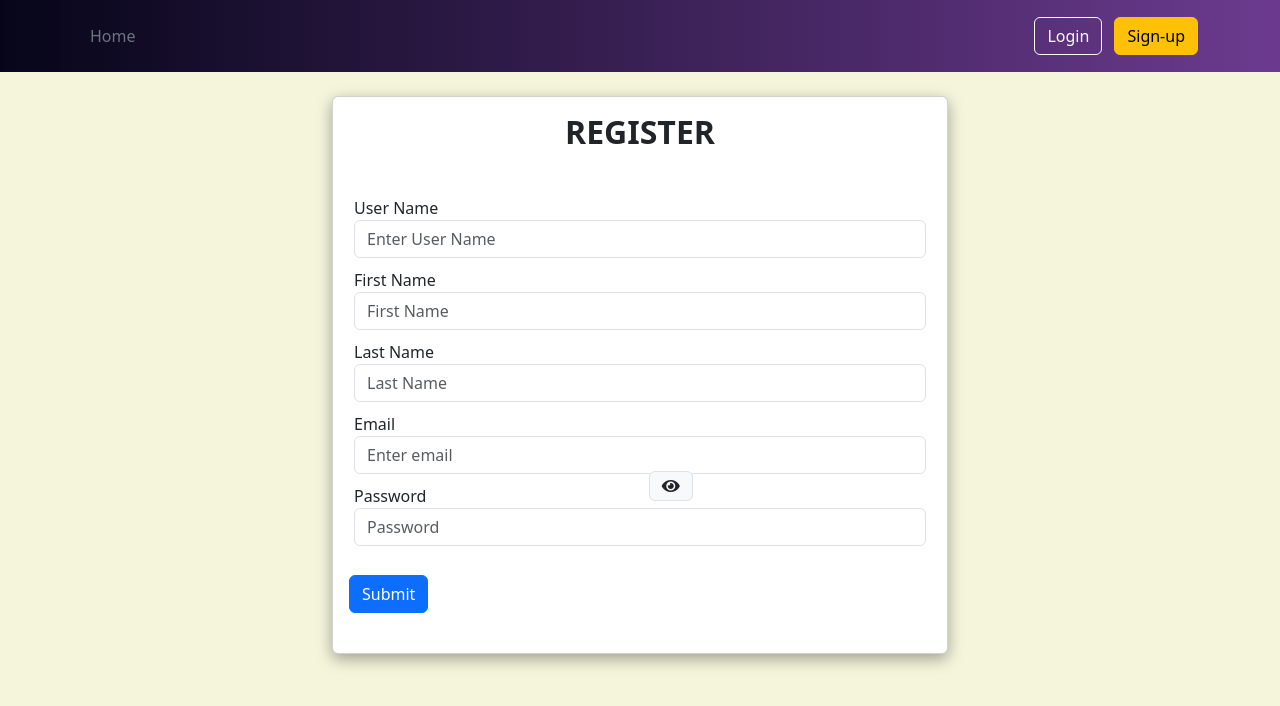
Repository: professorsourabh/php_membership
Page: http://localhost/assignment/
An editor plug-in stored every save of this project. The page is shown before and after the next save, followed by the edit.
The browser window is 1280 px wide. The pictures show the whole page.
Some web libraries are served in a nearby version. The page is run by PHP 8.4 with error messages shown; the project is at /var/www/html/.

Above is the page before, as saved 2023-07-09 15:35:44.

### index.php
<?php
session_start();
?>

<html lang="en">
<head>
    <meta charset="UTF-8">
    <meta name="viewport" content="width=device-width, initial-scale=1.0">
    <title>Assesment-Register</title>
    <link href="https://cdn.jsdelivr.net/npm/bootstrap@5.3.0/dist/css/bootstrap.min.css" rel="stylesheet" integrity="sha384-9ndCyUaIbzAi2FUVXJi0CjmCapSmO7SnpJef0486qhLnuZ2cdeRhO02iuK6FUUVM" crossorigin="anonymous">
    <link rel="stylesheet" href="https://cdnjs.cloudflare.com/ajax/libs/font-awesome/5.13.0/css/all.min.css">
    <link rel="stylesheet" href="index.css"></link>
</head>
<body>
    <header class="p-3 bg-dark text-white">
        <div class="container">
          <div class="d-flex flex-wrap align-items-center justify-content-center justify-content-lg-start">


            <ul class="nav col-12 col-lg-auto me-lg-auto mb-2 justify-content-center mb-md-0">
              <li><a href="#" class="nav-link px-2 text-secondary " >Home</a></li>

            </ul>

              <div class="text-end">
              <a type="button" class="btn btn-outline-light me-2" href="login.php">Login</a>
              <a type="button" class="btn btn-warning" href="index.php">Sign-up</a>
            </div>
          </div>
        </div>
      </header>
      <div class="container my-4 col-lg-6">
        <div class="card my-4" style="box-shadow: rgba(0, 0, 0, 0.35) 0px 5px 15px;">
            <div class="card-heading text-center my-3 mx-2">
                <h2 class="text-uppercase fw-bold">Register</h2>
            </div>
            <div class="card-body">
            <?php if (!empty($_SESSION['error_msg'])) { ?>
            <div class="error">
                <div class="alert alert-danger alert-dismissible fade show" role="alert">
                    <?php echo $_SESSION['error_msg']; ?>
                    <button type="button" class="btn-close" data-bs-dismiss="alert" aria-label="Close"></button>
                </div>
            </div>
            <?php
            unset($_SESSION['error_msg']);
        } ?>
         <?php if (!empty($_SESSION['success_msg'])) { ?>
            <div class="error">
                <div class="alert alert-success alert-dismissible fade show" role="alert">
                    <?php echo $_SESSION['success_msg']; ?>
                    <button type="button" class="btn-close" data-bs-dismiss="alert" aria-label="Close"></button>
                </div>
            </div>
            <?php
            unset($_SESSION['success_msg']);
        } ?>

        <form method="post" action="./controller/registerController.php">
            <div class="form-group">
                <label for="exampleInputusername">User Name</label>
                <input type="text" class="form-control" name="username" id="username" placeholder="Enter User Name">
              </div>

              <div class="form-group">
                <label for="exampleInputfirst_name">First Name</label>
                <input type="text" class="form-control" name="firstname" id="first_name" placeholder="First Name">
              </div>
              <div class="form-group">
                <label for="exampleInputlast_name">Last Name</label>
                <input type="text" name="lastname" class="form-control" id="last_name" placeholder="Last Name">
              </div>

            <div class="form-group">
              <label for="exampleInputEmail">Email</label>
              <input type="email" class="form-control" name="email" id="email"  placeholder="Enter email">

            </div>


              <div class="form-group">
                <label for="exampleInputPassword">Password</label>
                <input type="password" class="form-control" name="password" id="exampleInputPassword" placeholder="Password">
                <span class="input-group-text eye-icon" onclick="togglePasswordVisibility('password')">
                            <i class="fas fa-eye"></i>
                        </span>
              </div>


            <button type="submit" class="btn btn-primary my-4">Submit</button>
          </form>

            </div>
        </div>

    </div>







    <script src="https://cdn.jsdelivr.net/npm/bootstrap@5.3.0/dist/js/bootstrap.bundle.min.js" integrity="sha384-geWF76RCwLtnZ8qwWowPQNguL3RmwHVBC9FhGdlKrxdiJJigb/j/68SIy3Te4Bkz" crossorigin="anonymous"></script>
    <script src="./public/project.js">

       </script>
  </body>
</html>

### index.css
*{
    padding: 0;
    margin: 0;
}

body{

    background-color: beige;
}
header{
    background: rgb(5,4,24);
    background: linear-gradient(90deg, rgba(5,4,24,0.9557072829131653) 0%, rgba(134,66,179,0.7400210084033614) 100%);
}
.registration-part{

    padding: 50px;

}
.text-cente{
    text-align: center;
}
div.form-group{
    padding: 5px;
}

span.eye-icon {


    position: absolute;
    top: 70%;
    left: 55%;
    transform: translate(-50%, -50%);
}

### public/project.js
function togglePasswordVisibility(inputId) {
    var input = document.getElementById(inputId);
    if (input.type === "password") {
        input.type = "text";
    } else {
        input.type = "password";
    }
}

After the next save:
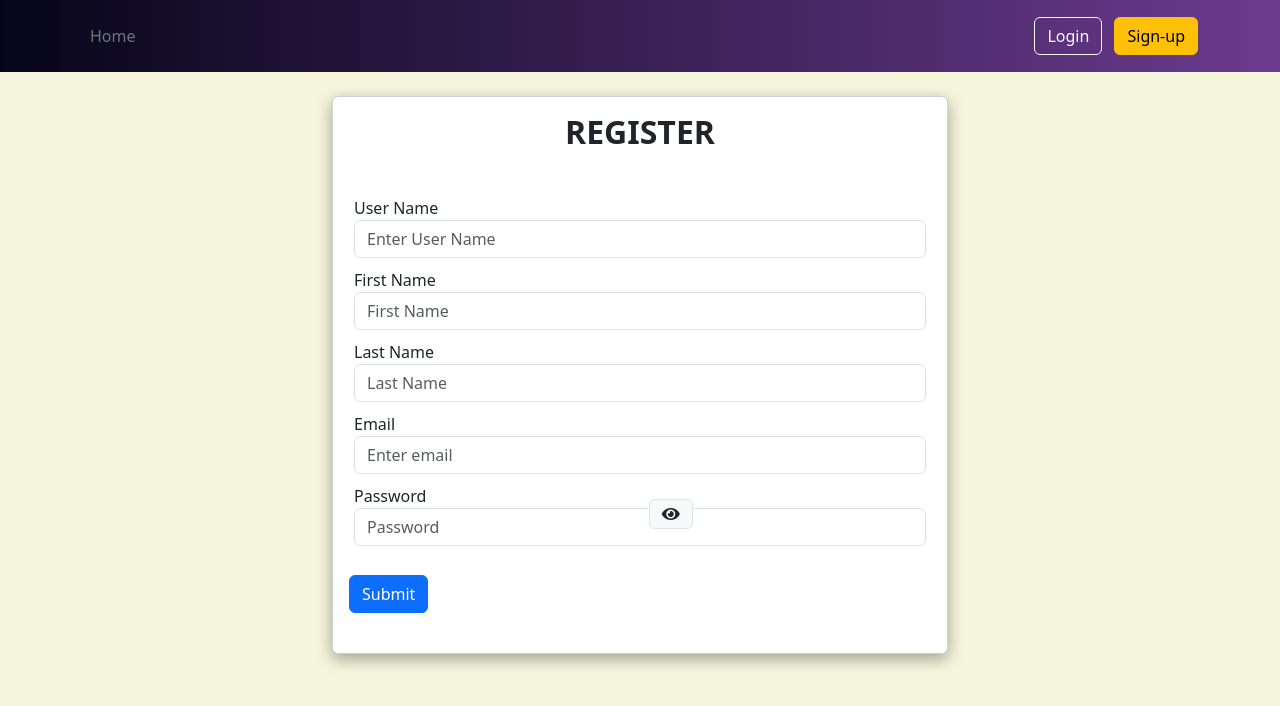
Saved 9 s later.
--- a/index.css
+++ b/index.css
@@ -27,7 +27,7 @@ span.eye-icon {
 
 
     position: absolute;
-    top: 70%;
+    top: 75%;
     left: 55%;
     transform: translate(-50%, -50%);
 }
